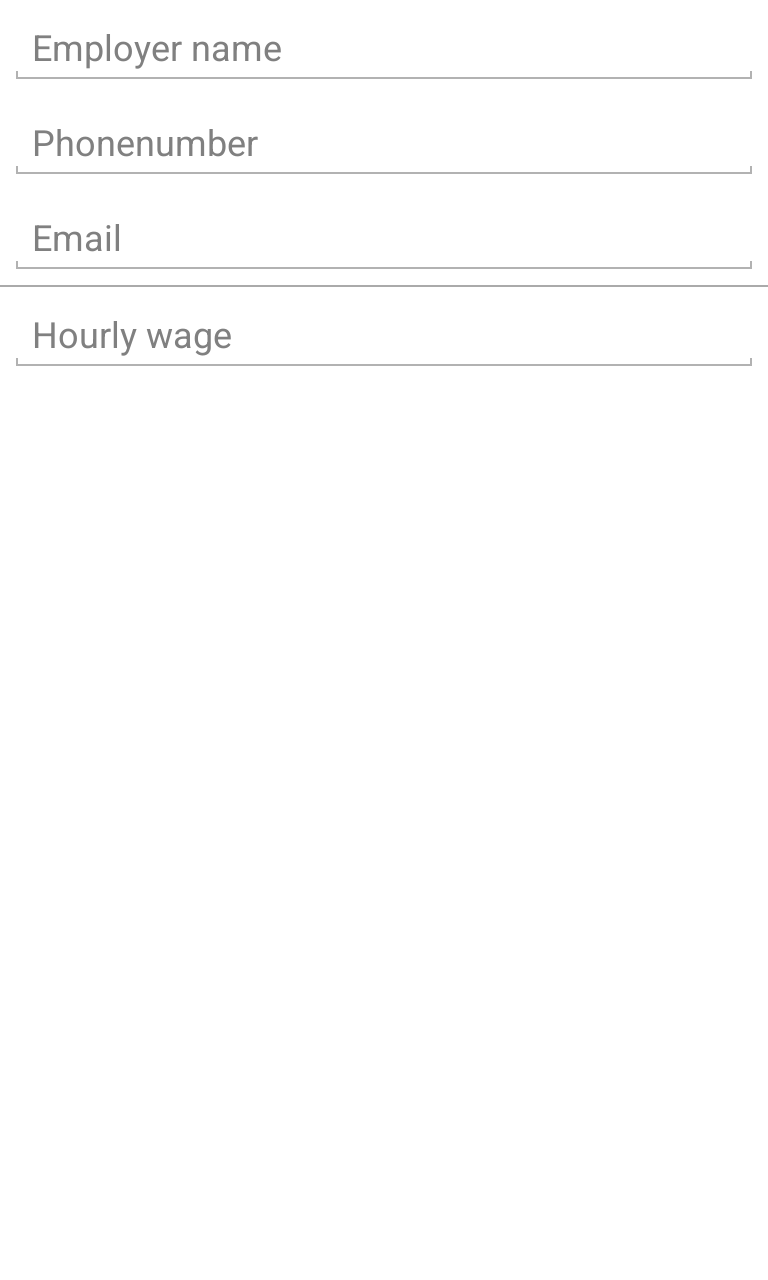
Repository: LudvigN/Hourly
Layout: Hourly/res/layout/add_emp_dialog.xml
The author's editor kept a copy of each file at every save. The layout is drawn from the files as they stood at one save, then again after the next save.
It is drawn on a 768 x 1280 px phone screen (xhdpi) without system bars, with theme AppTheme; the app's code is not run.

Above is the layout before, as saved 2014-03-22 13:55:19.

### Hourly/res/layout/add_emp_dialog.xml
<?xml version="1.0" encoding="utf-8"?>
<LinearLayout xmlns:android="http://schemas.android.com/apk/res/android"
    android:layout_width="match_parent"
    android:layout_height="match_parent"
    android:orientation="vertical" >

    <EditText
        android:id="@+id/dialog_txt_new_emp_name"
        android:layout_width="match_parent"
        android:layout_height="wrap_content"
        android:layout_margin="4dp"
        android:hint="@string/newEmpName"
        android:inputType="text"
        />
     <EditText
        android:id="@+id/dialog_txt_new_emp_phone"
        android:layout_width="match_parent"
        android:layout_height="wrap_content"
        android:layout_margin="4dp"
        android:inputType="phone"
        android:hint="@string/newEmpPhone"
        />
      <EditText
        android:id="@+id/dialog_txt_new_emp_email"
        android:layout_width="match_parent"
        android:layout_height="wrap_content"
        android:layout_margin="4dp"
        android:inputType="textEmailAddress"
        android:hint="@string/newEmpEmail"
        />
      <View
    android:layout_width="fill_parent"
    android:layout_height="1dp"
    android:background="@android:color/darker_gray"/>
     <EditText
        android:id="@+id/dialog_txt_new_emp_salery"
        android:layout_width="match_parent"
        android:layout_height="wrap_content"
        android:layout_margin="4dp"
        android:inputType="number"
        android:hint="@string/newEmpSalery"
        />





</LinearLayout>

### Hourly/res/values/strings.xml
<?xml version="1.0" encoding="utf-8"?>
<resources>

    <string name="app_name">Hourly</string>
    <string name="action_settings">Settings</string>
    <string-array name="actionbar_items">
        <item>Kalender</item>
        <item>Timrapport</item>
        <item>Arbetsgivare</item>
    </string-array>
     <string-array name="employers">
        <item>IKEA</item>
        <item>ICA</item>
        <item>Kenny</item>
    </string-array>


     <string name="newEmpName">Employer name</string>
     <string name="newEmpPhone"> Phonenumber</string>
     <string name="newEmpEmail"> Email</string>
     <string name="newEmpSalery">Hourly wage</string>


</resources>

Loaded but not shown: Hourly/res/values/styles.xml (common file); Hourly/res/values-v11/styles.xml (common file); Hourly/res/values-v14/styles.xml (common file)

After the next save:
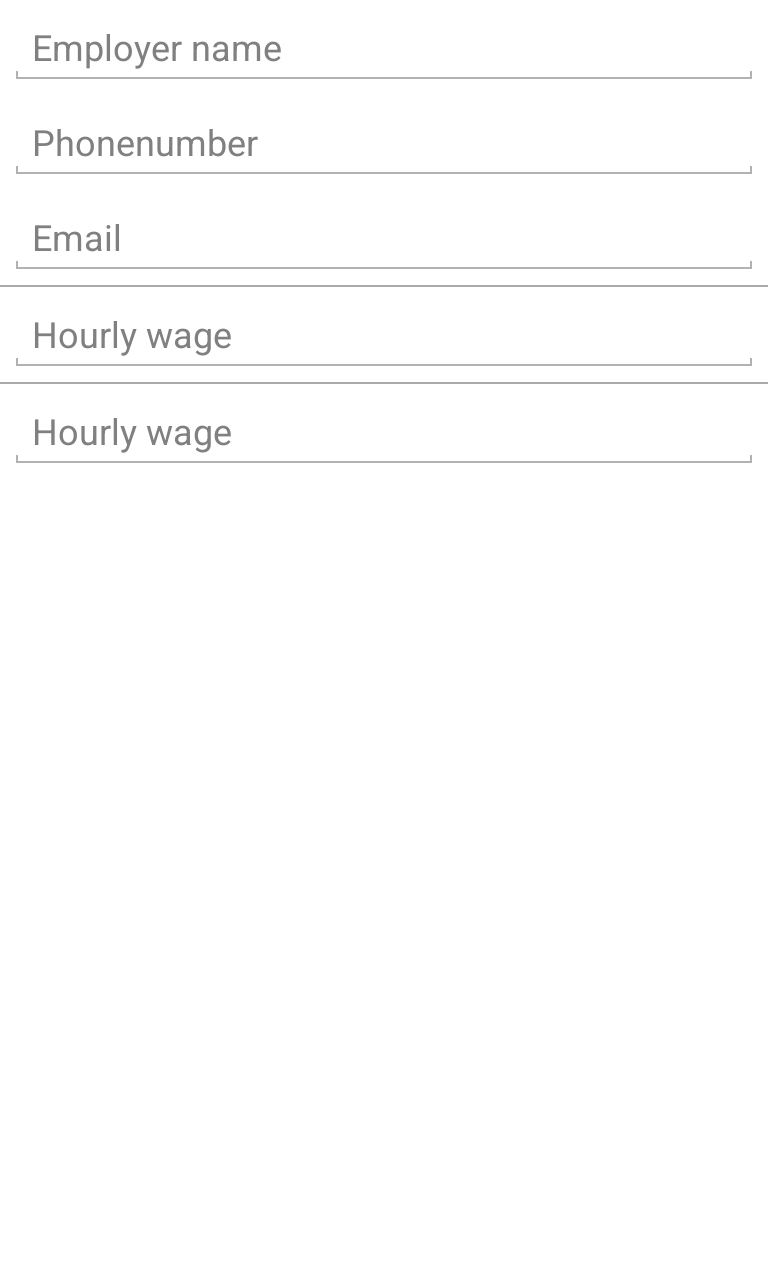
Saved 45 s later.
--- a/Hourly/res/layout/add_emp_dialog.xml
+++ b/Hourly/res/layout/add_emp_dialog.xml
@@ -40,6 +40,18 @@
         android:inputType="number"
         android:hint="@string/newEmpSalery"
         />
+     <View
+    android:layout_width="fill_parent"
+    android:layout_height="1dp"
+    android:background="@android:color/darker_gray"/>
+     <EditText
+        android:id="@+id/dialog_txt_new_emp_salery"
+        android:layout_width="match_parent"
+        android:layout_height="wrap_content"
+        android:layout_margin="4dp"
+        android:inputType="number"
+        android:hint="@string/newEmpSalery"
+        />
 
 
 
